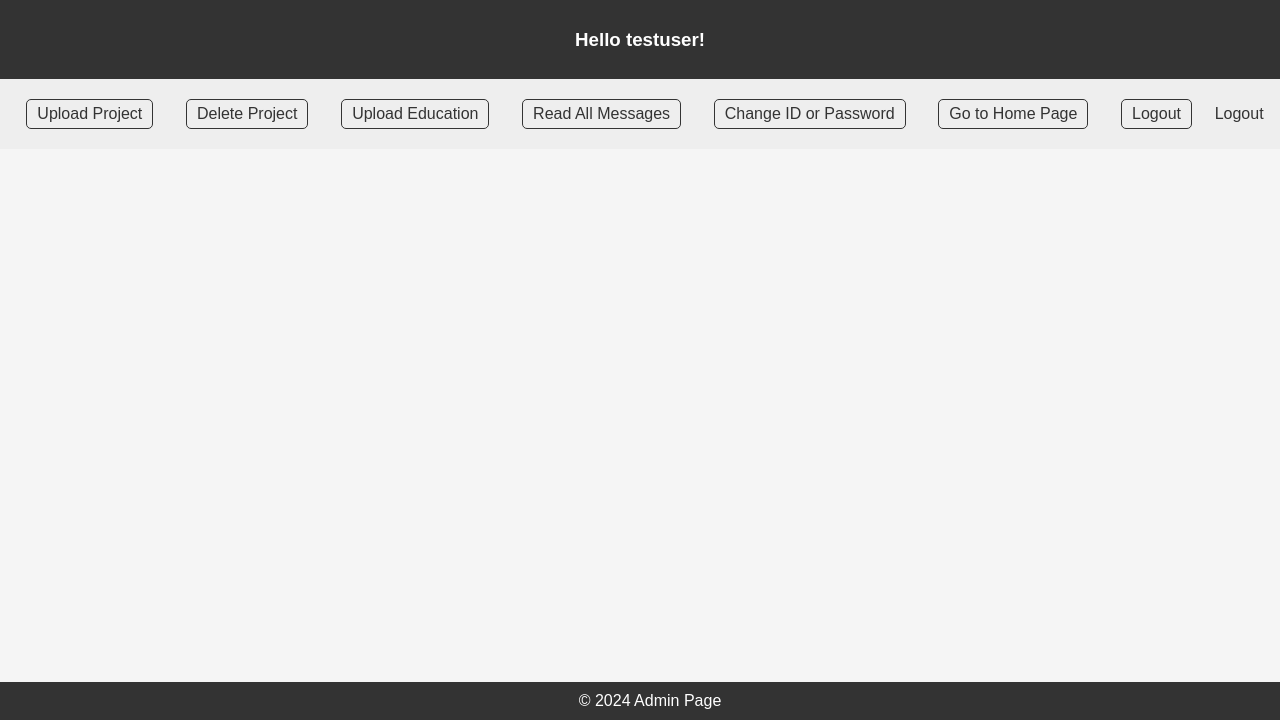
Repository: HAIDAR123654/CodeHuntMvcProject
Page: http://localhost/myportfolio/admin.jsp
The author's editor kept a copy of each file at every save. The page is drawn from the files as they stood at one save, then again after the next save.
The browser window is 1280 px wide. The pictures show the whole page.
The page is served by Tomcat 9. The session is filled in as if someone had signed in: {"username": "testuser", "login": "testuser"}. Other server files are loaded and not shown.

Above is the page before, as saved 2024-01-26 14:44:46.

### myportfolio/src/main/webapp/admin.jsp
<%
   String data = (String)session.getAttribute("login");
  if(data==null){
	  response.sendRedirect("adminauth.jsp");
	  return;
  }
%>

<%@ page language="java" contentType="text/html; charset=ISO-8859-1"
    pageEncoding="ISO-8859-1"%>
<!DOCTYPE html>
<html lang="en">

<head>
    <meta charset="UTF-8">
    <meta name="viewport" content="width=device-width, initial-scale=1.0">
    <title>Admin Page</title>
    <style>
        body {
            font-family: 'Arial', sans-serif;
            margin: 0;
            padding: 0;
            background-color: #f5f5f5;
            color: #333;
        }

        header {
            background-color: #333;
            color: #fff;
            padding: 10px;
            text-align: center;
        }

        nav {
            background-color: #eee;
            padding: 10px;
            display: flex;
            justify-content: space-around;
            align-items: center;
            flex-wrap: wrap;
        }

        nav a , button{
            text-decoration: none;
            color: #333;
            margin: 10px;
            padding: 5px 10px;
            border: 1px solid #333;
            border-radius: 5px;
            transition: background-color 0.3s;
        }

        nav a:hover {
            background-color: #333;
            color: #fff;
        }

        section {
            padding: 20px;
        }

        footer {
            background-color: #333;
            color: #fff;
            text-align: center;
            padding: 10px;
            position: fixed;
            bottom: 0;
            width: 100%;
        }
    </style>
</head>

<body>
    <header>
       <%@include file="messageprint.jsp" %>
	   <%
	   String user = (String)session.getAttribute("login");
	   %>
      <h3>Hello <%=user %>!</h3>
    </header>

    <nav>
        <a href="uploadproject.jsp">Upload Project</a>
        <a href="deleteproject.jsp">Delete Project</a>
        <a href="uploadedu.jsp">Upload Education</a>
        <a href="read-message.jsp">Read All Messages</a>
        <a href="change.jsp">Change ID or Password</a>
        <a href="index.jsp">Go to Home Page</a>
        <a href="#">Logout</a>

        <form action="Logout" method="post">
           <button">Logout</button>
        </form>
    </nav>

    <section>
        <!-- Content Goes Here -->
    </section>

    <footer>
        &copy; 2024 Admin Page
    </footer>
</body>

</html>

### myportfolio/src/main/webapp/messageprint.jsp
<%
String message = (String)session.getAttribute("msg");
if(message != null)
{
%>
<h4 style="text-align: center; color: red;"><%=message%></h4>
<%
}
session.removeAttribute("msg");
%>

After the next save:
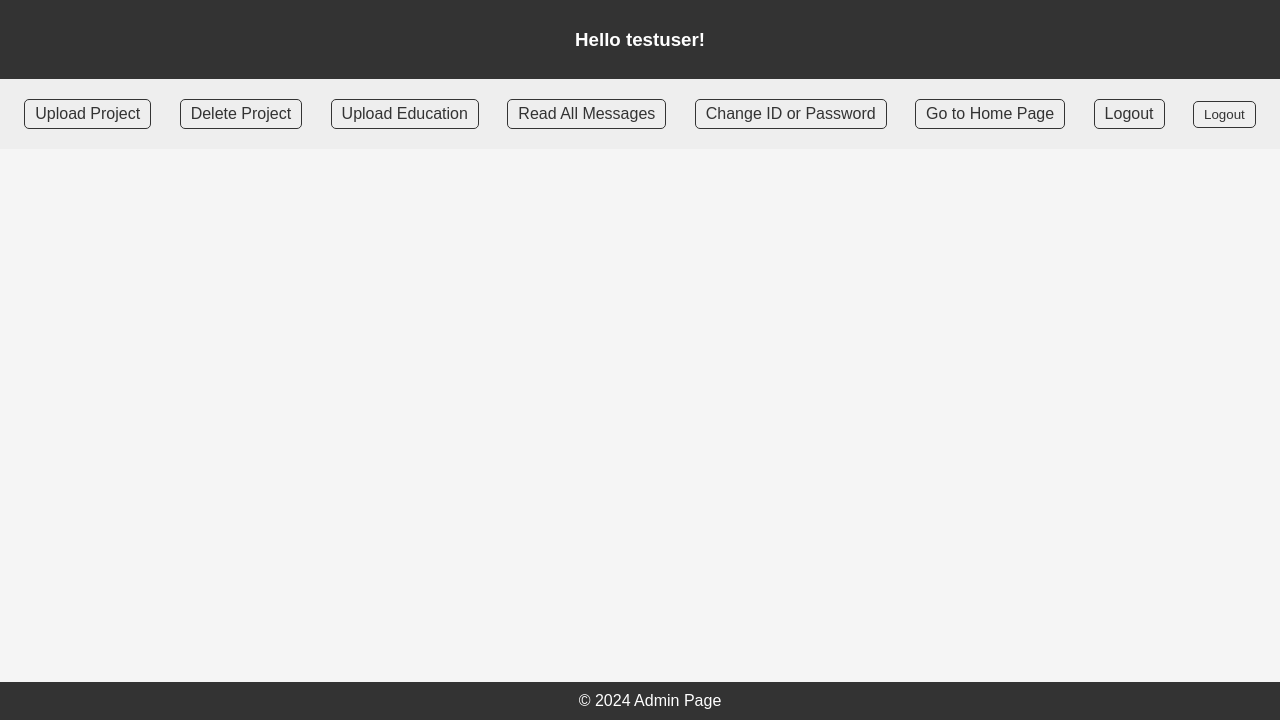
Saved 5 s later.
--- a/myportfolio/src/main/webapp/admin.jsp
+++ b/myportfolio/src/main/webapp/admin.jsp
@@ -90,7 +90,7 @@
         <a href="#">Logout</a>
 
         <form action="Logout" method="post">
-           <button">Logout</button>
+           <button>Logout</button>
         </form>
     </nav>
 
